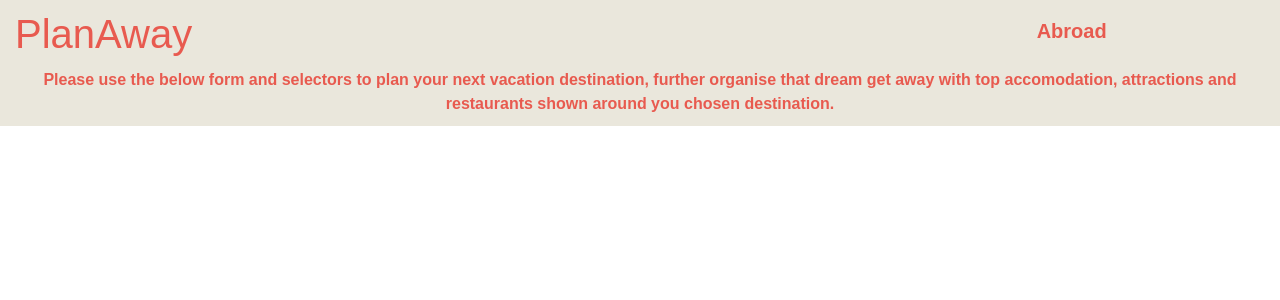
Repository: Brad000/PlanAway-Project
Page: planner.html
The author's editor kept a record of every edit. The page is drawn from the files as they stood at one moment, then again after the next edit.
The browser window is 1280 px wide. The pictures show the whole page.
Some icons come from a web library that is not loaded, so they are not drawn. Some web fonts or font styles are not loaded; a fallback is used. Some web libraries are served in a nearby version.

Above is the page before.

### planner.html
<!DOCTYPE html>
<html lang="en">

<head>
    <meta charset="UTF-8">
    <meta name="viewport" content="width=device-width, initial-scale=1.0">
    <meta http-equiv="X-UA-Compatible" content="ie=edge">
    <link rel="stylesheet" href="assets/css/style.css" type="text/css" />
    <link rel="stylesheet" href="https://stackpath.bootstrapcdn.com/bootstrap/4.4.1/css/bootstrap.min.css" integrity="sha384-Vkoo8x4CGsO3+Hhxv8T/Q5PaXtkKtu6ug5TOeNV6gBiFeWPGFN9MuhOf23Q9Ifjh" crossorigin="anonymous">
    <script src="https://code.jquery.com/jquery-3.4.1.slim.min.js" integrity="sha384-J6qa4849blE2+poT4WnyKhv5vZF5SrPo0iEjwBvKU7imGFAV0wwj1yYfoRSJoZ+n" crossorigin="anonymous"></script>
    <script src="https://cdn.jsdelivr.net/npm/popper.js@1.16.0/dist/umd/popper.min.js" integrity="sha384-Q6E9RHvbIyZFJoft+2mJbHaEWldlvI9IOYy5n3zV9zzTtmI3UksdQRVvoxMfooAo" crossorigin="anonymous"></script>
    <script src="https://stackpath.bootstrapcdn.com/bootstrap/4.4.1/js/bootstrap.min.js" integrity="sha384-wfSDF2E50Y2D1uUdj0O3uMBJnjuUD4Ih7YwaYd1iqfktj0Uod8GCExl3Og8ifwB6" crossorigin="anonymous"></script>
    <script src="https://kit.fontawesome.com/5655c570e1.js" crossorigin="anonymous"></script>
    <title>PlanAway - Plan your next vacation</title>
</head>

<body>
    <header class="container-fluid">
        <div class="row">
            <div class="col-12 col-md-8 site-heading">
                <h1 class="site-name">PlanAway<i class="fal fa-plane-departure site-logo"></i></h1>
            </div>
            <div class="col-12 col-md-4 site-heading">
                <h5 class="link-text"><i class="fal fa-globe-americas site-links"></i>Abroad</h5>
            </div>
            <div class="col-12 site-heading">
                <p class="briefs">Please use the below form and selectors to plan your next vacation destination, further organise that dream get away with top accomodation, attractions and restaurants shown around you chosen destination.</p>
            </div>
        </div>
    </header>

























</body>

</html>

### assets/css/style.css
@import url('https://fonts.googleapis.com/css?family=Gayathri:100,200,300,400,500,600,700');

/*---Landing Page---*/

.site-heading {
    background-color: #eae7dc;
    color: #e85a4f;
}

.site-name {
    font-family: 'Gayathri', sans-serif;
    margin-top: 10px;
    margin-bottom: 0;
    text-align: center;
}

.site-logo {
    margin-left: 10px;
}

.site-links {
    text-align: center;
    font-size: 40px;
    margin-top: 10px;
    margin-right: 10px;
}

.link-text {
    text-align: center;
    font-family: 'Gayathri', sans-serif;
    font-weight: 600;
}

#a-links {
    text-decoration: none;
    cursor: pointer;
    color: #e98074;
    transition: color 0.5s ease-in-out;
    -moz-transition: color 0.5s ease-in-out;
    -webkit-transition: color 0.5s ease-in-out;
    -o-transition: color 0.5s ease-in-out;
}

#a-links:hover {
    color: #e85a4f;
}

.site-brief {
    font-family: 'Gayathri', sans-serif;
    text-align: center;
    font-size: 12px;
    font-weight: 700;
    padding: 0;
    margin: 0;
}

#image {
    padding: 0;
}

.main-images {
    opacity: 0.78;
}

img {
    height: 80vh;
}


/*---home.html---*/

.briefs {
    font-family: 'Gayathri', sans-serif;
    font-size: 16px;
    text-align: center;
    font-weight: 700;
    padding: 10px;
    margin: 0;
    color: #e85a4f;
}

.n {
    background-color: lightblue;
    height: 80vh;
}

.m {
    background-color: lightpink;
    height: 80vh;
}


/*---Footer---*/

.footer {
    height: 75px;
    text-align: center;
    font-weight: 700;
    font-family: 'Gayathri', sans-serif;
    padding-top: 15px;
    background-color: #eae7dc;
    color: #e85a4f;
}

.fa-google {
    margin-left: 5px;
}

/*---Media Queries---*/

@media(min-width: 767px){
    .site-name {
        text-align: left;
    }
    .site-brief {
        font-size: 18px;
    }
}

/*---JS css--*/

After the next edit:
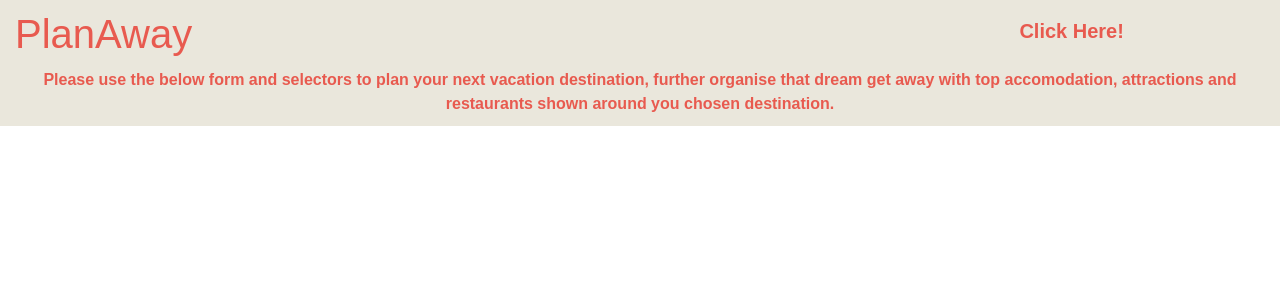
The edit:
--- a/planner.html
+++ b/planner.html
@@ -20,8 +20,8 @@
             <div class="col-12 col-md-8 site-heading">
                 <h1 class="site-name">PlanAway<i class="fal fa-plane-departure site-logo"></i></h1>
             </div>
-            <div class="col-12 col-md-4 site-heading">
-                <h5 class="link-text"><i class="fal fa-globe-americas site-links"></i>Abroad</h5>
+            <div class="col-12 col-md-4 site-heading" id="click-here">
+                <h5 class="link-text"><i class="fal fa-mouse-alt site-links"></i>Click Here!</h5>
             </div>
             <div class="col-12 site-heading">
                 <p class="briefs">Please use the below form and selectors to plan your next vacation destination, further organise that dream get away with top accomodation, attractions and restaurants shown around you chosen destination.</p>
